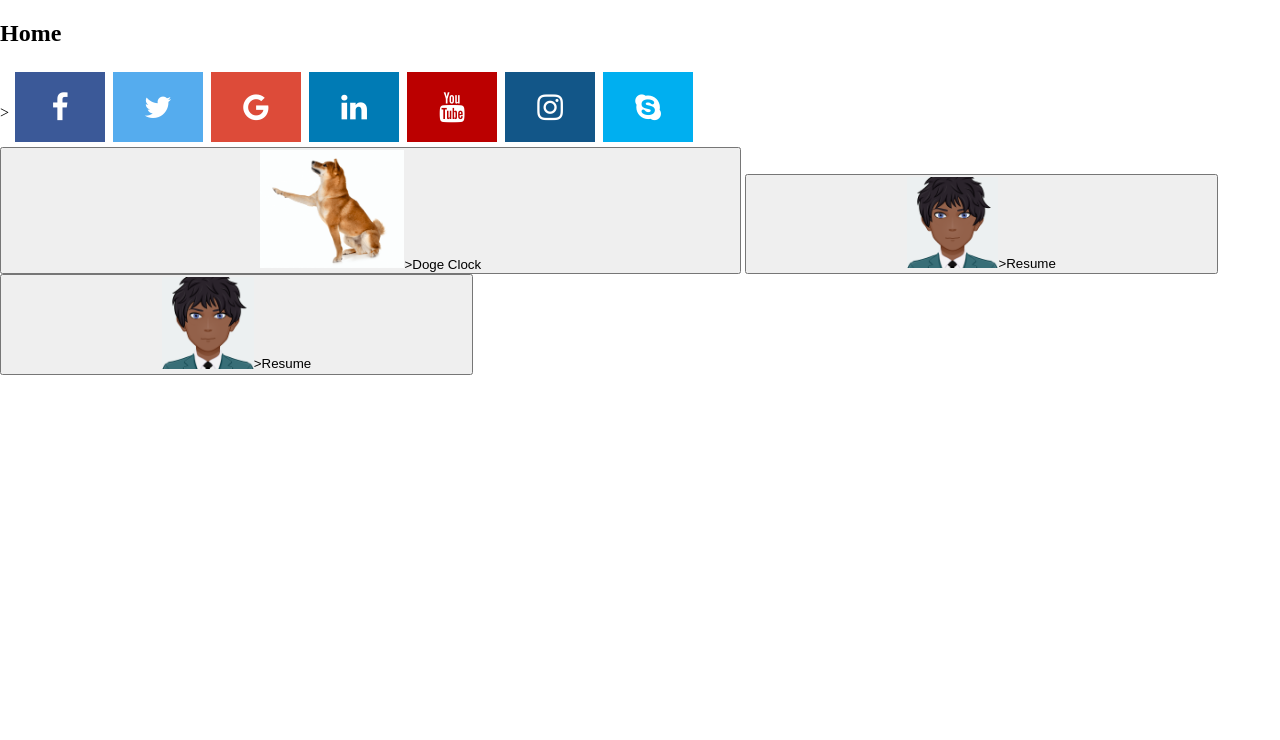
Repository: MatthewSalazar30/MatthewSalazar30.github.io
Page: Home.html
The author's editor kept a record of every edit. The page is drawn from the files as they stood at one moment, then again after the next edit.
The browser window is 1280 px wide. The pictures show the whole page.

Above is the page before.

### Home.html
<!DOCTYPE html>
<html>
<head>
<meta name="viewport" content="width=device-width, initial-scale=1">
<link rel="stylesheet" href="https://cdnjs.cloudflare.com/ajax/libs/font-awesome/4.7.0/css/font-awesome.min.css">




<style>

body, html {  height: 100%;margin: 0;}
.bg {
/* The image used */
background-image: url("https://media.giphy.com/media/10ECejNtM1GyRy/giphy.gif");
/* Full height */
height: 100%;
/* Center and scale the image nicely */
background-position: center;
background-repeat: no-repeat;
background-size: cover;  }
</style>

<style>



.fa {
  padding: 20px;
  font-size: 30px;
  width: 50px;
  text-align: center;
  text-decoration: none;
  margin: 5px 2px;
}

.fa:hover {
    opacity: 0.7;
}

.fa-facebook {
  background: #3B5998;
  color: white;
}

.fa-doge {
  background: #3B5998;
  color: white;
}
.fa-twitter {
  background: #55ACEE;
  color: white;
}

.fa-google {
  background: #dd4b39;
  color: white;
}

.fa-linkedin {
  background: #007bb5;
  color: white;
}

.fa-youtube {
  background: #bb0000;
  color: white;
}

.fa-instagram {
  background: #125688;
  color: white;
}

.fa-pinterest {
  background: #cb2027;
  color: white;
}

.fa-snapchat-ghost {
  background: #fffc00;
  color: white;
  text-shadow: -1px 0 black, 0 1px black, 1px 0 black, 0 -1px black;
}

.fa-skype {
  background: #00aff0;
  color: white;
}

.fa-android {
  background: #a4c639;
  color: white;
}

.fa-dribbble {
  background: #ea4c89;
  color: white;
}

.fa-vimeo {
  background: #45bbff;
  color: white;
}

.fa-tumblr {
  background: #2c4762;
  color: white;
}

.fa-vine {
  background: #00b489;
  color: white;
}

.fa-foursquare {
  background: #45bbff;
  color: white;
}

.fa-stumbleupon {
  background: #eb4924;
  color: white;
}

.fa-flickr {
  background: #f40083;
  color: white;
}

.fa-yahoo {
  background: #430297;
  color: white;
}

.fa-soundcloud {
  background: #ff5500;
  color: white;
}

.fa-reddit {
  background: #ff5700;
  color: white;
}

.fa-rss {
  background: #ff6600;
  color: white;
}
</style>
</head>
<body>

<h2>Home</h2>
>

<!-- Add font awesome icons -->
<a href="https://www.facebook.com/" class="fa fa-facebook"></a>
<a href="https://twitter.com/" class="fa fa-twitter"></a>
<a href="https://www.google.com/" class="fa fa-google"></a>
<a href="https://www.linkedin.com/" class="fa fa-linkedin"></a>
<a href="https://www.youtube.com/" class="fa fa-youtube"></a>
<a href="https://www.instagram.com/" class="fa fa-instagram"></a>
<a href="https://www.skype.com/en/" class="fa fa-skype"></a>


<div class="container">
  <a href="Dogs.html"> <button class="btn"><img src="images/Doge.jpg" style="width:20%">>Doge Clock</button style="width:100&"></a>
  <a href="avatar.html">  <button class="btn"><img src="images/myAvatar.png" style="width:20%">>Resume</button style="width:100&"></a>

   <button class="btn"><img src="images/myAvatar.png" style="width:20%">>Resume</button style="width:100&">
</a>
</div>



</body>
</html>

After the next edit:
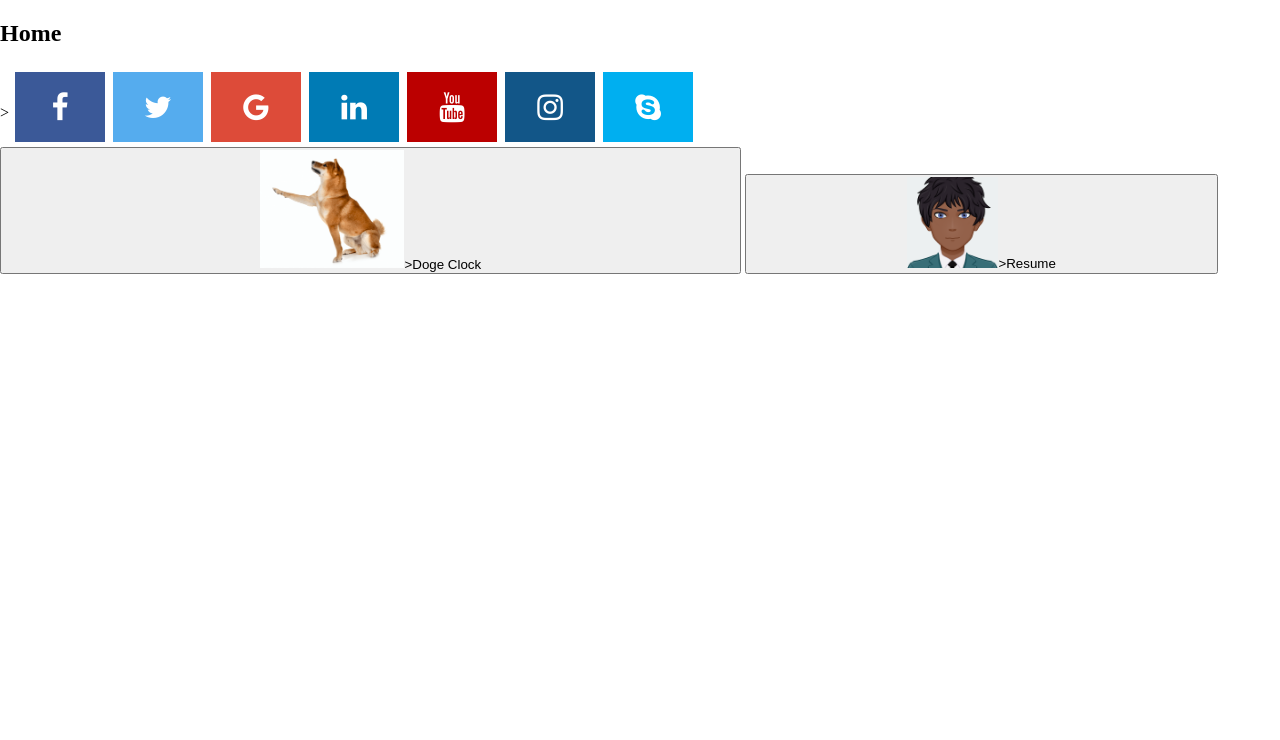
The edit:
--- a/Home.html
+++ b/Home.html
@@ -168,7 +168,7 @@
   <a href="Dogs.html"> <button class="btn"><img src="images/Doge.jpg" style="width:20%">>Doge Clock</button style="width:100&"></a>
   <a href="avatar.html">  <button class="btn"><img src="images/myAvatar.png" style="width:20%">>Resume</button style="width:100&"></a>
 
-   <button class="btn"><img src="images/myAvatar.png" style="width:20%">>Resume</button style="width:100&">
+
 </a>
 </div>
 
